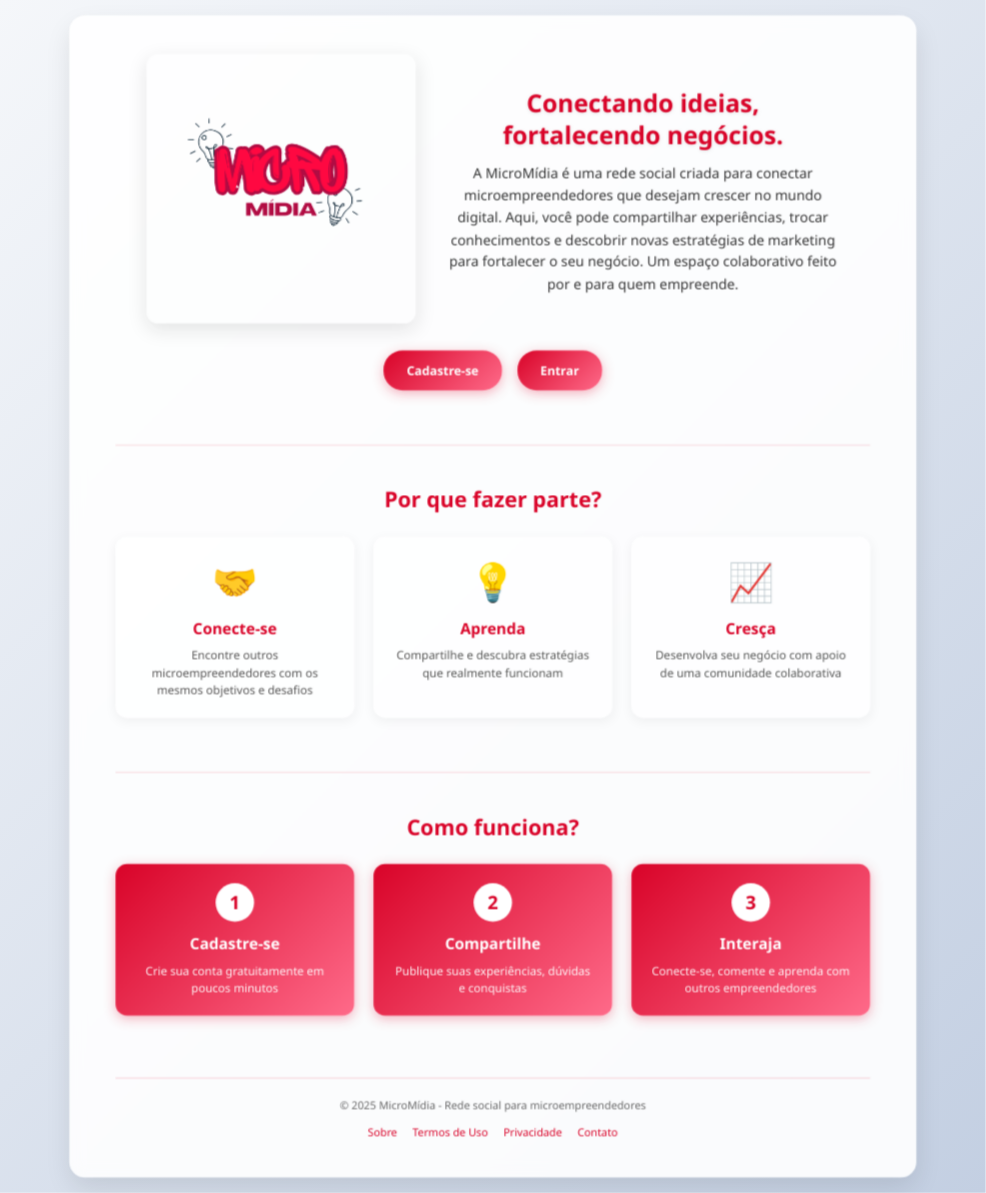
Repository: annaluizapm/MicroMidia
Page: front/HTML/index.html
The author's editor kept a copy of each file at every save. The page is drawn from the files as they stood at one save, then again after the next save.
The browser window is 1280 px wide. The pictures show the whole page, at 77% of full size.

Above is the page before, as saved 2025-11-04 10:32:55.

### front/HTML/index.html
<!DOCTYPE html>
<html lang="pt-BR">
<head>
    <meta charset="UTF-8">
    <meta name="viewport" content="width=device-width, initial-scale=1.0">
    <title>MicroMídia</title>
    <link rel="stylesheet" href="../CSS/style.css">
</head>
<body>
    <div class="container">
        <div class="content-wrapper">
            <div class="logo-section">
                <img src="../assets/Logo.png" alt="Logo da Micro Mídia">
            </div>
            <header class="home-header">
                <h1 class="slogan">Conectando ideias, fortalecendo negócios.</h1>
                <p class="home-desc">A MicroMídia é uma rede social criada para conectar microempreendedores que desejam crescer no mundo digital. Aqui, você pode compartilhar experiências, trocar conhecimentos e descobrir novas estratégias de marketing para fortalecer o seu negócio. Um espaço colaborativo feito por e para quem empreende.</p>
            </header>
        </div>

        <div class="buttons">
            <button type="button" class="btn-primary" onclick="window.location.href='cadastro.html'">Cadastre-se</button>
            <button type="button" class="btn-primary" onclick="window.location.href='login.html'">Entrar</button>
        </div>

        <!-- Seção de Benefícios -->
        <section class="benefits-section">
            <h2 class="section-title">Por que fazer parte?</h2>
            <div class="benefits-grid">
                <div class="benefit-card">
                    <div class="benefit-icon">🤝</div>
                    <h3>Conecte-se</h3>
                    <p>Encontre outros microempreendedores com os mesmos objetivos e desafios</p>
                </div>
                <div class="benefit-card">
                    <div class="benefit-icon">💡</div>
                    <h3>Aprenda</h3>
                    <p>Compartilhe e descubra estratégias que realmente funcionam</p>
                </div>
                <div class="benefit-card">
                    <div class="benefit-icon">📈</div>
                    <h3>Cresça</h3>
                    <p>Desenvolva seu negócio com apoio de uma comunidade colaborativa</p>
                </div>
            </div>
        </section>

        <!-- Seção Como Funciona -->
        <section class="how-it-works">
            <h2 class="section-title">Como funciona?</h2>
            <div class="steps-grid">
                <div class="step-card">
                    <div class="step-number">1</div>
                    <h3>Cadastre-se</h3>
                    <p>Crie sua conta gratuitamente em poucos minutos</p>
                </div>
                <div class="step-card">
                    <div class="step-number">2</div>
                    <h3>Compartilhe</h3>
                    <p>Publique suas experiências, dúvidas e conquistas</p>
                </div>
                <div class="step-card">
                    <div class="step-number">3</div>
                    <h3>Interaja</h3>
                    <p>Conecte-se, comente e aprenda com outros empreendedores</p>
                </div>
            </div>
        </section>

        <!-- Footer -->
        <footer class="index-footer">
            <p>&copy; 2025 MicroMídia - Rede social para microempreendedores</p>
            <div class="footer-links">
                <a href="#sobre">Sobre</a>
                <a href="#termos">Termos de Uso</a>
                <a href="#privacidade">Privacidade</a>
                <a href="#contato">Contato</a>
            </div>
        </footer>
    </div>

    <script src="../JS/script.js"></script>
</body>
</html>

### front/CSS/style.css
* {
    margin: 0;
    padding: 0;
    box-sizing: border-box;
    font-family: 'Segoe UI', Tahoma, Geneva, Verdana, sans-serif;
}

body {
    display: flex;
    justify-content: center;
    align-items: center;
    min-height: 100vh;
    background: linear-gradient(135deg, #f5f7fa 0%, #c3cfe2 100%);
    overflow-x: hidden;
    padding: 20px 0;
}

.container {
    display: flex;
    flex-direction: column;
    justify-content: center;
    align-items: center;
    gap: 30px;
    background: rgba(255, 255, 255, 0.9);
    padding: 50px 60px;
    border-radius: 20px;
    box-shadow: 0 15px 35px rgba(0, 0, 0, 0.1);
    backdrop-filter: blur(10px);
    animation: fadeInUp 0.8s ease;
    max-width: 1100px;
    width: 90%;
}

@keyframes fadeInUp {
    from {
        opacity: 0;
        transform: translateY(30px);
    }
    to {
        opacity: 1;
        transform: translateY(0);
    }
}

img {
    max-width: 120%;
    height: auto;
    border-radius: 15px;
    transition: transform 0.3s ease;
    box-shadow: 0 8px 25px rgba(0, 0, 0, 0.1);
}

img:hover {
    transform: scale(1.05);
}

.buttons {
    display: flex;
    flex-direction: row;
    justify-content: center;
    align-items: center;
    gap: 20px;
}

.btn-primary {
    padding: 15px 30px;
    background: linear-gradient(135deg, #D90429 0%, #ff6b8a 100%);
    color: white;
    border: none;
    border-radius: 25px;
    cursor: pointer;
    font-weight: 600;
    font-size: 16px;
    transition: all 0.3s ease;
    box-shadow: 0 4px 15px rgba(217, 4, 41, 0.3);
    position: relative;
    overflow: hidden;
}

.btn-primary:hover {
    transform: translateY(-3px);
    box-shadow: 0 6px 20px rgba(217, 4, 41, 0.4);
}

.btn-primary:active {
    transform: translateY(-1px);
}

.btn-primary::before {
    content: '';
    position: absolute;
    top: 0;
    left: -100%;
    width: 100%;
    height: 100%;
    background: linear-gradient(90deg, transparent, rgba(255,255,255,0.2), transparent);
    transition: left 0.5s;
}

.btn-primary:hover::before {
    left: 100%;
}

/* Home Header - Slogan e Descrição */
.content-wrapper {
    display: flex;
    flex-direction: row;
    align-items: center;
    gap: 40px;
    width: 100%;
    max-width: 900px;
}

.logo-section {
    flex-shrink: 0;
}

.logo-section img {
    max-width: 350px;
    height: auto;
}

.home-header {
    text-align: center;
    flex: 1;
    padding: 0;
}

.slogan {
    font-size: 32px;
    font-weight: 700;
    color: #D90429;
    margin-bottom: 15px;
    line-height: 1.3;
    text-shadow: 0 2px 4px rgba(0, 0, 0, 0.1);
}

.home-desc {
    font-size: 18px;
    font-weight: 400;
    color: #333;
    line-height: 1.6;
    text-align: center;
    margin-bottom: 0;
}

/* Responsividade para telas menores */
@media (max-width: 768px) {
    .container {
        padding: 30px 20px;
        gap: 20px;
    }

    .content-wrapper {
        flex-direction: column;
        gap: 20px;
    }

    .logo-section img {
        max-width: 200px;
    }

    .home-header {
        text-align: center;
    }

    .slogan {
        font-size: 24px;
    }

    .home-desc {
        font-size: 15px;
        text-align: center;
    }

    .buttons {
        flex-direction: column;
        gap: 15px;
    }

    .btn-primary {
        width: 100%;
        max-width: 250px;
    }
}

/* Seções Adicionais */
.section-title {
    font-size: 28px;
    font-weight: 700;
    color: #D90429;
    text-align: center;
    margin-bottom: 30px;
    margin-top: 20px;
}

/* Seção de Benefícios */
.benefits-section {
    width: 100%;
    margin-top: 40px;
    padding-top: 30px;
    border-top: 2px solid rgba(217, 4, 41, 0.1);
}

.benefits-grid {
    display: grid;
    grid-template-columns: repeat(3, 1fr);
    gap: 25px;
    margin-top: 20px;
}

.benefit-card {
    background: rgba(255, 255, 255, 0.7);
    padding: 25px;
    border-radius: 15px;
    text-align: center;
    transition: all 0.3s ease;
    box-shadow: 0 4px 15px rgba(0, 0, 0, 0.05);
}

.benefit-card:hover {
    transform: translateY(-5px);
    box-shadow: 0 8px 25px rgba(217, 4, 41, 0.15);
}

.benefit-icon {
    font-size: 48px;
    margin-bottom: 15px;
}

.benefit-card h3 {
    color: #D90429;
    font-size: 20px;
    margin-bottom: 10px;
    font-weight: 600;
}

.benefit-card p {
    color: #555;
    font-size: 15px;
    line-height: 1.5;
}

/* Seção Como Funciona */
.how-it-works {
    width: 100%;
    margin-top: 40px;
    padding-top: 30px;
    border-top: 2px solid rgba(217, 4, 41, 0.1);
}

.steps-grid {
    display: grid;
    grid-template-columns: repeat(3, 1fr);
    gap: 25px;
    margin-top: 20px;
}

.step-card {
    background: linear-gradient(135deg, #D90429 0%, #ff6b8a 100%);
    padding: 25px;
    border-radius: 15px;
    text-align: center;
    color: white;
    transition: all 0.3s ease;
    box-shadow: 0 4px 15px rgba(217, 4, 41, 0.3);
}

.step-card:hover {
    transform: translateY(-5px);
    box-shadow: 0 8px 25px rgba(217, 4, 41, 0.4);
}

.step-number {
    width: 50px;
    height: 50px;
    background: white;
    color: #D90429;
    border-radius: 50%;
    display: flex;
    align-items: center;
    justify-content: center;
    font-size: 24px;
    font-weight: 700;
    margin: 0 auto 15px;
}

.step-card h3 {
    font-size: 20px;
    margin-bottom: 10px;
    font-weight: 600;
}

.step-card p {
    font-size: 15px;
    line-height: 1.5;
    opacity: 0.95;
}

/* Footer */
.index-footer {
    width: 100%;
    margin-top: 50px;
    padding-top: 25px;
    border-top: 2px solid rgba(217, 4, 41, 0.1);
    text-align: center;
}

.index-footer p {
    color: #666;
    font-size: 14px;
    margin-bottom: 15px;
}

.footer-links {
    display: flex;
    justify-content: center;
    gap: 20px;
    flex-wrap: wrap;
}

.footer-links a {
    color: #D90429;
    text-decoration: none;
    font-size: 14px;
    font-weight: 500;
    transition: all 0.3s ease;
}

.footer-links a:hover {
    color: #ff6b8a;
    text-decoration: underline;
}

/* Responsividade para novas seções */
@media (max-width: 768px) {
    .benefits-grid,
    .steps-grid {
        grid-template-columns: 1fr;
        gap: 20px;
    }

    .section-title {
        font-size: 24px;
    }

    .benefit-card,
    .step-card {
        padding: 20px;
    }

    .footer-links {
        flex-direction: column;
        gap: 10px;
    }
}

Loaded but not shown: front/JS/script.js (896 lines, source omitted)

After the next save:
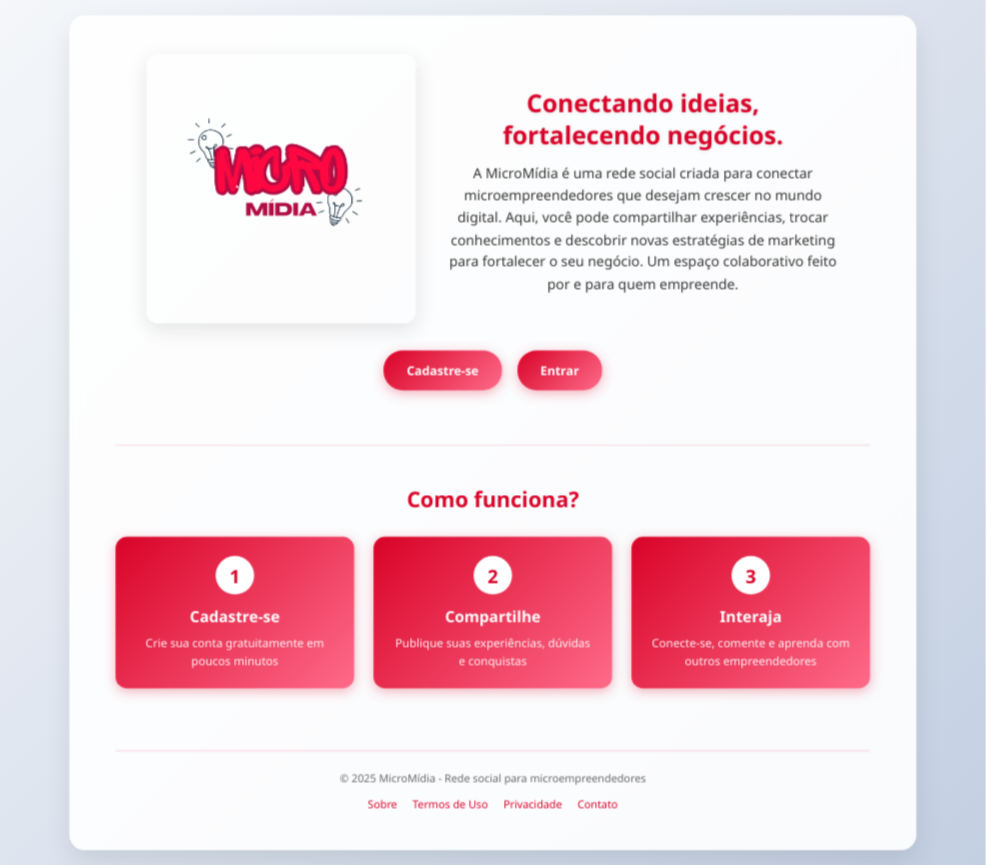
Saved 12 min 19 s later.
--- a/front/HTML/index.html
+++ b/front/HTML/index.html
@@ -22,28 +22,6 @@
             <button type="button" class="btn-primary" onclick="window.location.href='cadastro.html'">Cadastre-se</button>
             <button type="button" class="btn-primary" onclick="window.location.href='login.html'">Entrar</button>
         </div>
-
-        <!-- Seção de Benefícios -->
-        <section class="benefits-section">
-            <h2 class="section-title">Por que fazer parte?</h2>
-            <div class="benefits-grid">
-                <div class="benefit-card">
-                    <div class="benefit-icon">🤝</div>
-                    <h3>Conecte-se</h3>
-                    <p>Encontre outros microempreendedores com os mesmos objetivos e desafios</p>
-                </div>
-                <div class="benefit-card">
-                    <div class="benefit-icon">💡</div>
-                    <h3>Aprenda</h3>
-                    <p>Compartilhe e descubra estratégias que realmente funcionam</p>
-                </div>
-                <div class="benefit-card">
-                    <div class="benefit-icon">📈</div>
-                    <h3>Cresça</h3>
-                    <p>Desenvolva seu negócio com apoio de uma comunidade colaborativa</p>
-                </div>
-            </div>
-        </section>
 
         <!-- Seção Como Funciona -->
         <section class="how-it-works">
